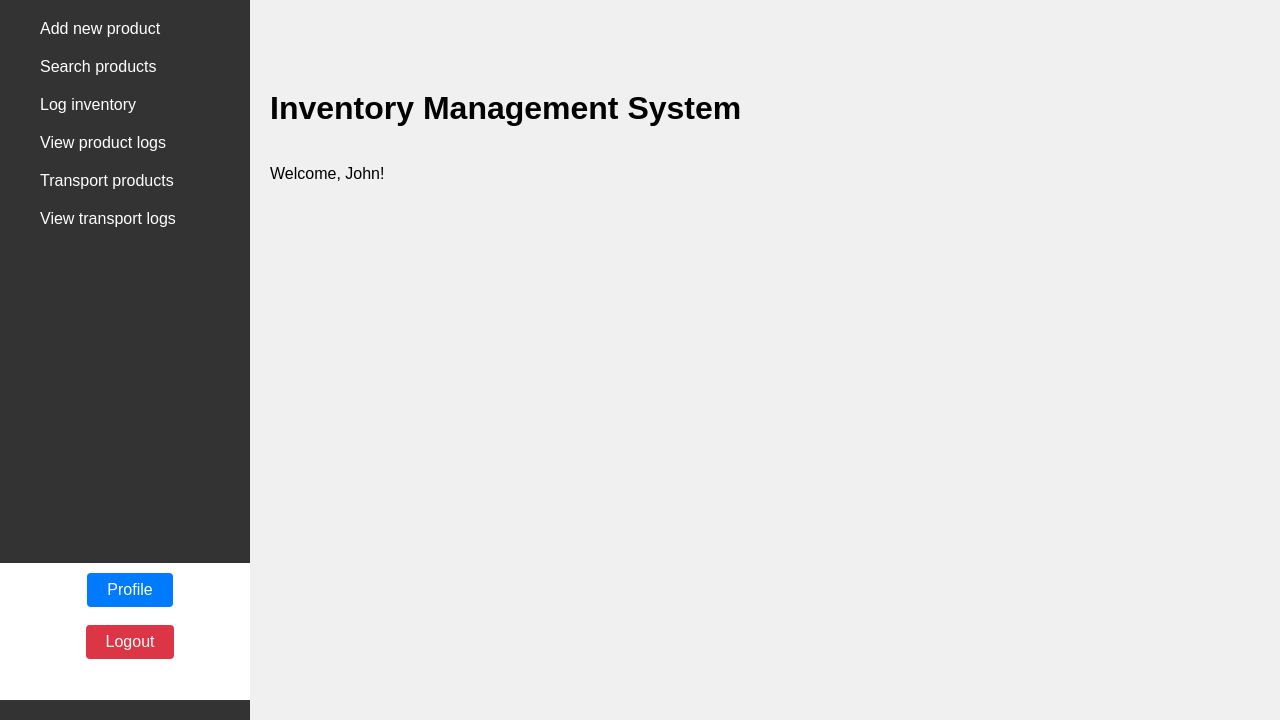
Repository: Warspinix/Flask-Web-Applications
Page: http://localhost/dashboard
The author's editor kept a copy of each file at every save. The page is drawn from the files as they stood at one save, then again after the next save.
The browser window is 1280 px wide. The pictures show the whole page.
The page is served by the project's application, run on Flask 3 (app.py). The session is filled in as if someone had signed in: {"user_id": 1, "first_name": "John"}.

Above is the page before, as saved 2024-06-13 22:19:47.

After the next save:
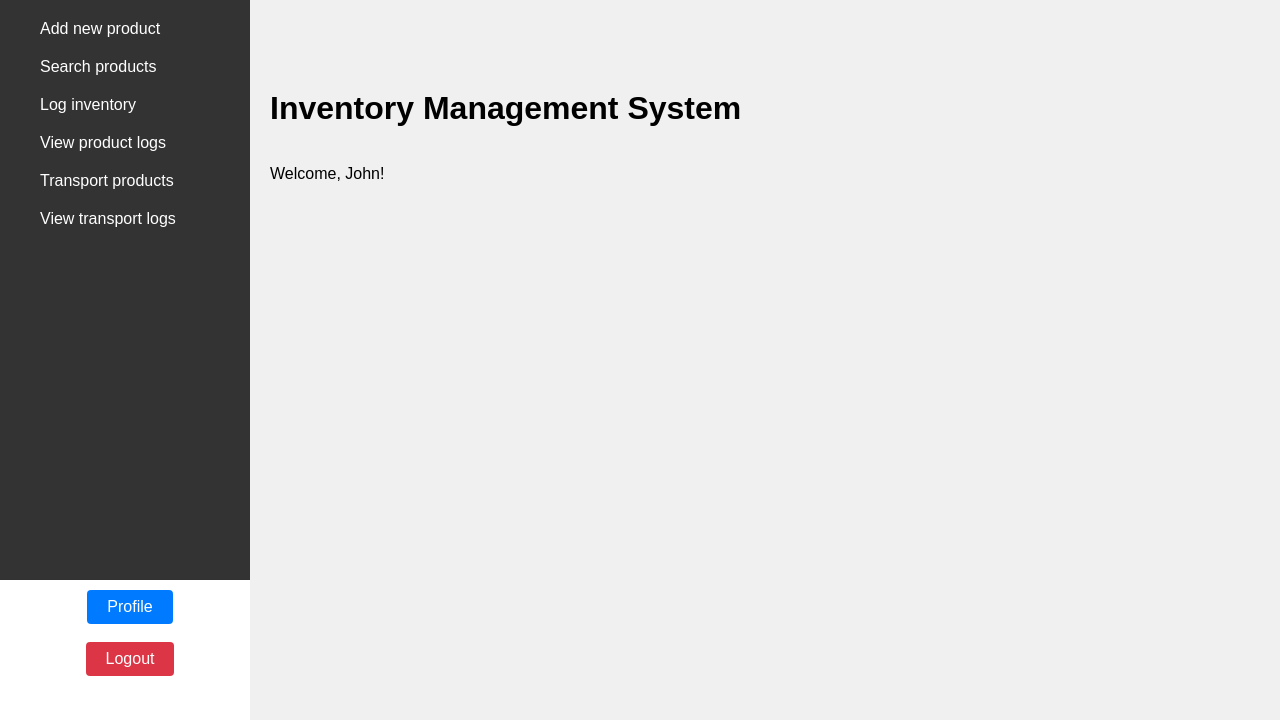
Saved 25 s later.
--- a/static/style.css
+++ b/static/style.css
@@ -83,10 +83,9 @@ h1 {
     flex-direction: column;
     background-color: white;
     align-items: center;
-    padding: 10px 20px;
+    padding: 10px 40px;
     height: 20svh;
     margin-top: auto; /* Push to the bottom */
-    margin-bottom: 20px; /* Adjust spacing */
 }
 
 .profile-logout a {
